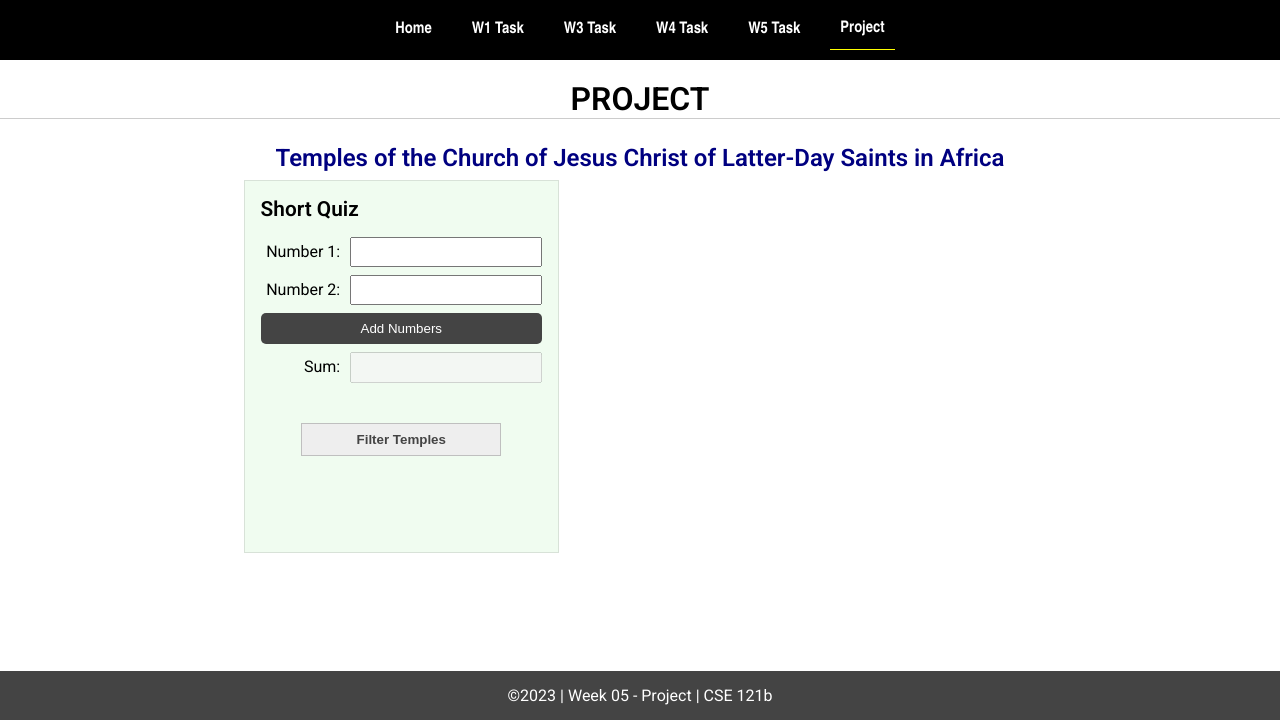
Repository: mszakutumela/cse121b
Page: Project/project.html
The author's editor kept a copy of each file at every save. The page is drawn from the files as they stood at one save, then again after the next save.
The browser window is 1280 px wide. The pictures show the whole page.

Above is the page before, as saved 2023-10-24 14:51:57.

After the next save:
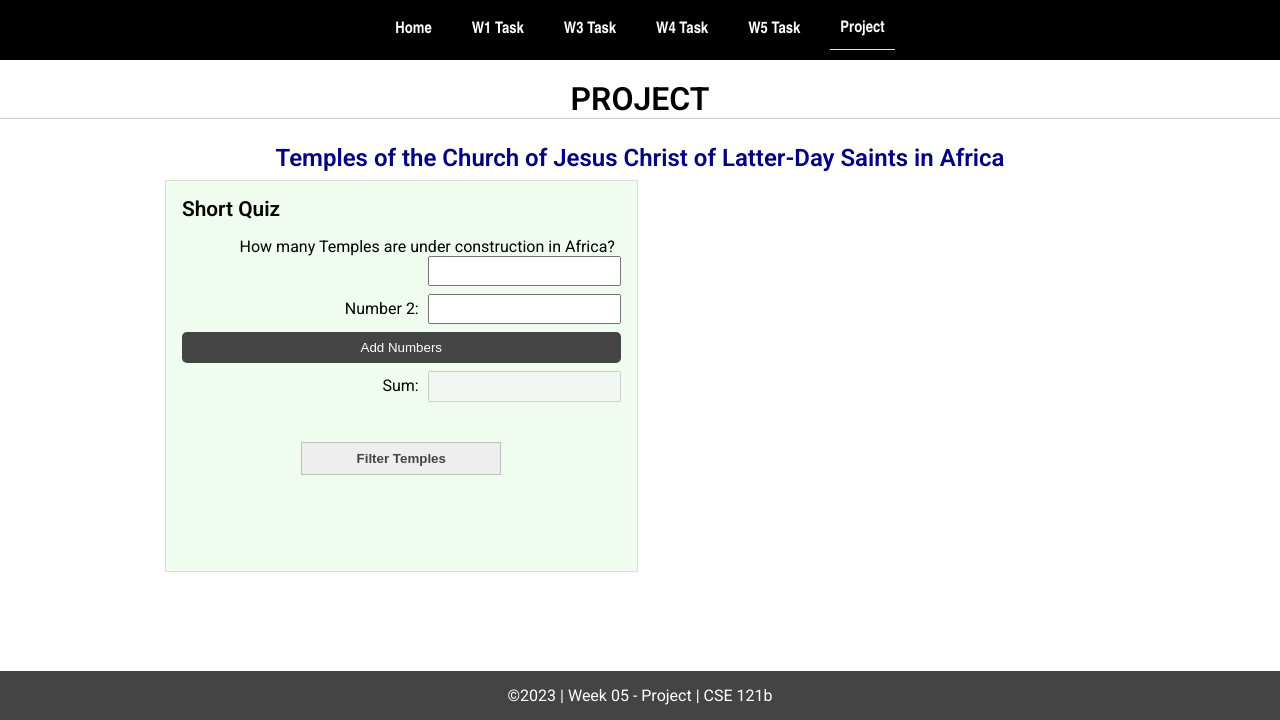
Saved 109 s later.
--- a/Project/project.html
+++ b/Project/project.html
@@ -33,7 +33,7 @@
           <article>
               <h3>Short Quiz</h3>
               <div>
-                  <label for="add1">Number 1:</label>
+                  <label for="add1">How many Temples are under construction in Africa?</label>
                   <input type="text" id="add1" name="add1">
               </div>
               <div>
